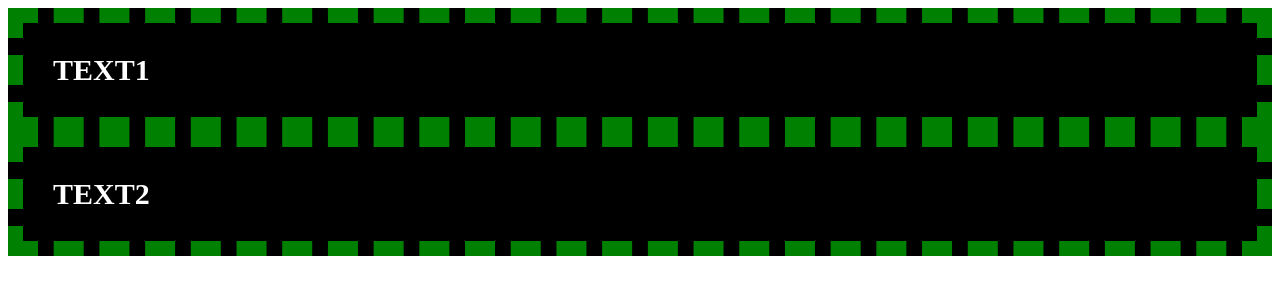
Repository: lixinso/html5
Page: workspace/CSS3/WebContent/background_border/background_border_radius.html
These files come from the project's save history. The page is drawn as it stood at one moment and after the next save; the edit follows.
The browser window is 1280 px wide. The pictures show the whole page.

Above is the page before, as saved 2011-05-28 02:43:21.

### workspace/CSS3/WebContent/background_border/background_border_radius.html
<?xml version="1.0" encoding="UTF-8" ?>
<!DOCTYPE html PUBLIC "-//W3C//DTD XHTML 1.0 Transitional//EN" "http://www.w3.org/TR/xhtml1/DTD/xhtml1-transitional.dtd">
<html xmlns="http://www.w3.org/1999/xhtml">
<head>
<meta http-equiv="Content-Type" content="text/html; charset=UTF-8" />
<title>Insert title here</title>
<style type="text/css">

	div{
		background-color:black;
		border: dashed 15px green;
		padding: 30px;
		color:white;
		font-size: 30px;
		font-weight:bold;
	}



</style>
</head>
<body>
	<div class="div1">TEXT1</div>
	<div class="div2">TEXT2</div>
</body>
</html>

<!--  doesn't work with Chrome? Or something wrong? -->

After the next save:
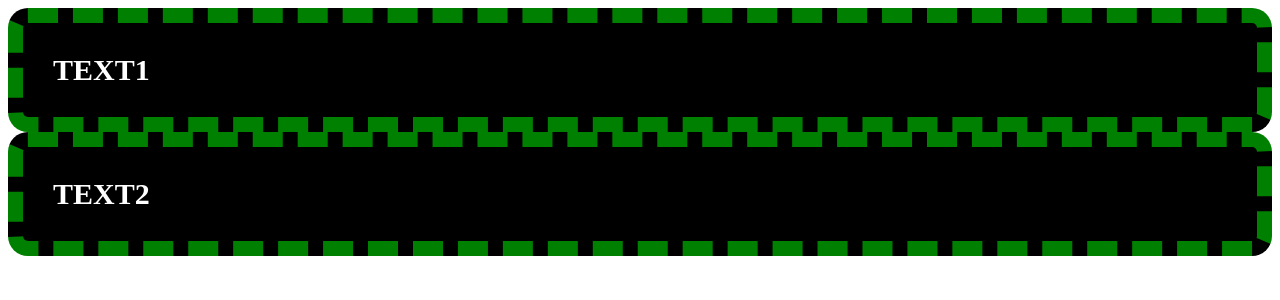
Saved 30 s later.
--- a/workspace/CSS3/WebContent/background_border/background_border_radius.html
+++ b/workspace/CSS3/WebContent/background_border/background_border_radius.html
@@ -7,6 +7,9 @@
 <style type="text/css">
 
 	div{
+	border: solid 5px blue;
+	border-radius: 20px;
+
 		background-color:black;
 		border: dashed 15px green;
 		padding: 30px;
